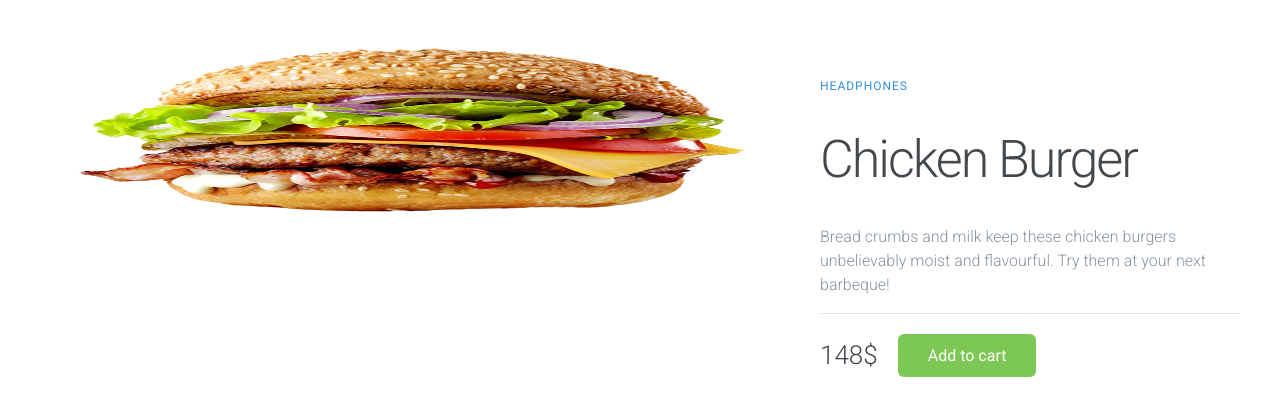
Repository: manishmachha/project-kitchenStory
Page: http://localhost/Phase_4_Kitchen_Story/products.jsp
An editor plug-in stored every save of this project. The page is shown before and after the next save, followed by the edit.
The browser window is 1280 px wide. The pictures show the whole page.
Some web libraries are served in a nearby version. The page is served by Tomcat 10. Other server files are loaded and not shown.

Above is the page before, as saved 2022-03-11 05:40:40.

### Phase 4 Kitchen Story/src/main/webapp/products.jsp
<%@ page language="java" contentType="text/html; charset=ISO-8859-1"
    pageEncoding="ISO-8859-1"%>
<!DOCTYPE html>
<html>

<head>
    <meta charset="utf-8">
    <meta name="viewport" content="width=device-width, initial-scale=1">
    <title>Tutorial</title>
    <!-- Fonts -->
    <link href="https://fonts.googleapis.com/css?family=Roboto:300,400,500" rel="stylesheet">
    <!-- CSS -->
    <link href="style.css" rel="stylesheet">
    <meta name="robots" content="noindex,follow" />

</head>

<body>
    <main class="container">

        <!-- Left Column / Headphones Image -->
        <div class="left-column">
            <img data-image="red" class="active" src="images/burger-trending.png" width="288px" height="215px">
        </div>


        <!-- Right Column -->
        <div class="right-column">

            <!-- Product Description -->
            <div class="product-description">
                <span>Headphones</span>
                <h1>Chicken Burger</h1>
                <p>Bread crumbs and milk keep these chicken burgers unbelievably moist and flavourful. Try them at your next barbeque!</p>
            </div>

            <!-- Product Pricing -->
            <div class="product-price">
                <span>148$</span>
                <a href="#" class="cart-btn">Add to cart</a>
            </div>
        </div>
    </main>

    <!-- Scripts -->
    <script src="https://cdnjs.cloudflare.com/ajax/libs/jquery/3.1.1/jquery.min.js" charset="utf-8"></script>
    <script src="script.js" charset="utf-8"></script>
</body>

</html>

Loaded but not shown: Phase 4 Kitchen Story/src/main/webapp/style.css (common file); Phase 4 Kitchen Story/src/main/webapp/script.js (common file)

After the next save:
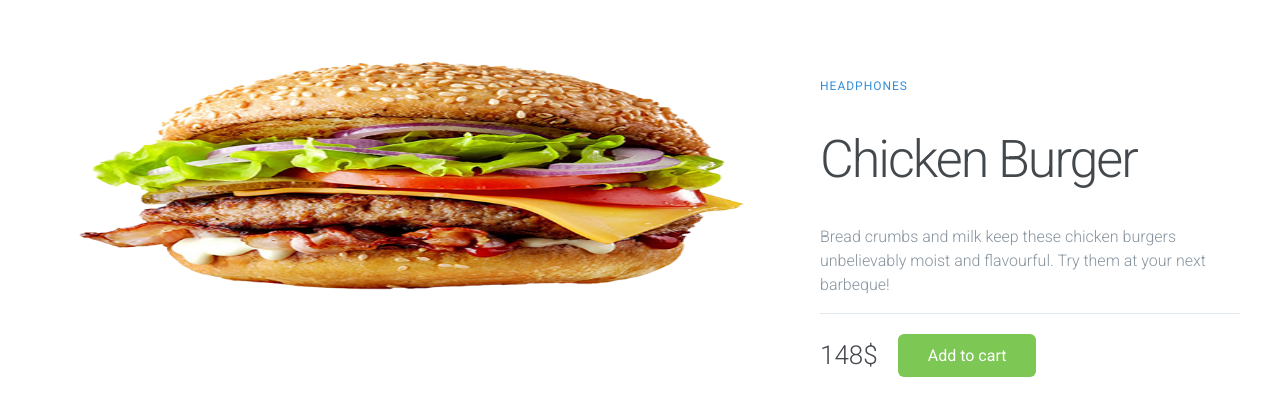
Saved 13 s later.
--- a/Phase 4 Kitchen Story/src/main/webapp/products.jsp
+++ b/Phase 4 Kitchen Story/src/main/webapp/products.jsp
@@ -20,7 +20,7 @@
 
         <!-- Left Column / Headphones Image -->
         <div class="left-column">
-            <img data-image="red" class="active" src="images/burger-trending.png" width="288px" height="215px">
+            <img data-image="red" class="active" src="images/burger-trending.png" width="288px" height="300px">
         </div>
 
 
